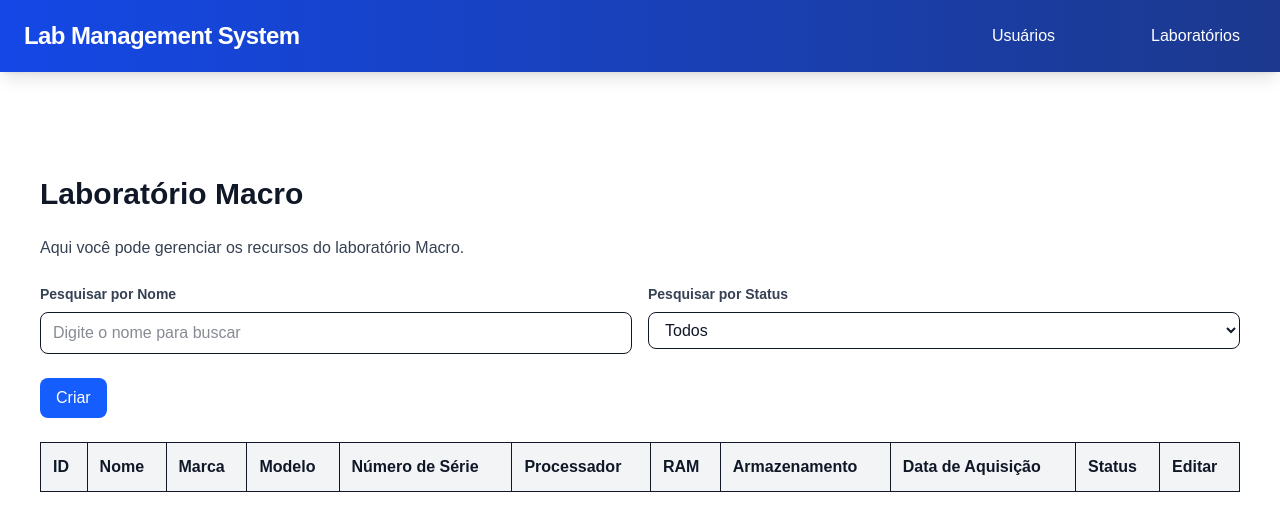
Repository: fabianosevla/gestao-labs
Page: /labs/hardware/macro (app in lab-management-system/)
An editor plug-in stored every save of this project. The page is shown before and after the next save, followed by the edit.
The browser window is 1280 px wide. The pictures show the whole page.
The project was rebuilt for these pictures with package versions that can differ from the ones it lists, and the page was loaded fresh each time. The framework's server and built-in components were replaced by stand-ins that run in the browser. Also part of the build but not shown: lab-management-system/next.config.mjs.

Above is the page before, as saved 2025-05-05 23:53:08.

### lab-management-system/app/layout.js
import Navbar from "../components/Navbar";
import "../app/globals.css";

export default function RootLayout({ children }) {
  return (
    <html lang="en">
      <body className="bg-white font-sans">
        <Navbar />
        <div className="max-w-7xl mx-auto pt-16 px-4">{children}</div>
      </body>
    </html>
  );
}

### lab-management-system/app/labs/hardware/macro/page.js
"use client";

import { useState } from "react";
import { useRouter } from "next/navigation";
import { useMacroHardwares } from "../../../lib/storage";

export default function Macro() {
    const router = useRouter();
    const [macroHardwares] = useMacroHardwares();
    const [searchName, setSearchName] = useState("");
    const [searchStatus, setSearchStatus] = useState("");

    const handleCreate = () => {
        router.push("/labs/hardware/macro/create");
    };

    const handleEdit = (id) => {
        router.push(`/labs/hardware/macro/edit/${id}`);
    };

    const filteredHardwares = macroHardwares.filter((hardware) => {
        const matchesName = hardware.name
            .toLowerCase()
            .includes(searchName.toLowerCase());
        const matchesStatus = searchStatus
            ? hardware.status.toLowerCase() === searchStatus.toLowerCase()
            : true;
        return matchesName && matchesStatus;
    });

    return (
        <div className="p-6 pt-28">
            <h1 className="text-3xl font-bold mb-6 text-gray-900">Laboratório Macro</h1>
            <p className="text-gray-700 mb-6">Aqui você pode gerenciar os recursos do laboratório Macro.</p>

            <div className="mb-6 flex gap-4">
                <div className="flex-1">
                    <label className="block text-gray-700 text-sm font-bold mb-2" htmlFor="searchName">
                        Pesquisar por Nome
                    </label>
                    <input
                        type="text"
                        id="searchName"
                        value={searchName}
                        onChange={(e) => setSearchName(e.target.value)}
                        className="w-full px-3 py-2 border rounded-lg focus:outline-none focus:ring-2 focus:ring-blue-500 text-gray-900"
                        placeholder="Digite o nome para buscar"
                    />
                </div>
                <div className="flex-1">
                    <label className="block text-gray-700 text-sm font-bold mb-2" htmlFor="searchStatus">
                        Pesquisar por Status
                    </label>
                    <select
                        id="searchStatus"
                        value={searchStatus}
                        onChange={(e) => setSearchStatus(e.target.value)}
                        className="w-full px-3 py-2 border rounded-lg focus:outline-none focus:ring-2 focus:ring-blue-500 text-gray-900"
                    >
                        <option value="">Todos</option>
                        <option value="ativo">Ativo</option>
                        <option value="inativo">Inativo</option>
                    </select>
                </div>
            </div>

            <button
                onClick={handleCreate}
                className="px-4 py-2 bg-blue-600 text-white rounded-lg hover:bg-blue-700 transition duration-300 text-left mb-6"
            >
                Criar
            </button>
            <div className="overflow-x-auto">
                <table className="w-full border-collapse bg-white shadow-md rounded-lg">
                    <thead>
                        <tr className="bg-gray-100">
                            <th className="border p-3 text-gray-900 font-semibold text-left">ID</th>
                            <th className="border p-3 text-gray-900 font-semibold text-left">Nome</th>
                            <th className="border p-3 text-gray-900 font-semibold text-left">Marca</th>
                            <th className="border p-3 text-gray-900 font-semibold text-left">Modelo</th>
                            <th className="border p-3 text-gray-900 font-semibold text-left">Número de Série</th>
                            <th className="border p-3 text-gray-900 font-semibold text-left">Processador</th>
                            <th className="border p-3 text-gray-900 font-semibold text-left">RAM</th>
                            <th className="border p-3 text-gray-900 font-semibold text-left">Armazenamento</th>
                            <th className="border p-3 text-gray-900 font-semibold text-left">Data de Aquisição</th>
                            <th className="border p-3 text-gray-900 font-semibold text-left">Status</th>
                            <th className="border p-3 text-gray-900 font-semibold text-left">Editar</th>
                        </tr>
                    </thead>
                    <tbody>
                        {filteredHardwares.map((hardware) => (
                            <tr key={hardware.id} className="hover:bg-gray-50">
                                <td className="border p-3 text-gray-700">{hardware.id}</td>
                                <td className="border p-3 text-gray-700">{hardware.name}</td>
                                <td className="border p-3 text-gray-700">{hardware.brand}</td>
                                <td className="border p-3 text-gray-700">{hardware.model}</td>
                                <td className="border p-3 text-gray-700">{hardware.serialNumber}</td>
                                <td className="border p-3 text-gray-700">{hardware.processor}</td>
                                <td className="border p-3 text-gray-700">{hardware.ram}</td>
                                <td className="border p-3 text-gray-700">{hardware.storage}</td>
                                <td className="border p-3 text-gray-700">{hardware.acquisitionDate}</td>
                                <td className="border p-3 text-gray-700">{hardware.status}</td>
                                <td className="border p-3 text-gray-700">
                                    <button
                                        onClick={() => handleEdit(hardware.id)}
                                        className="text-blue-600 hover:text-blue-800"
                                        title="Editar"
                                    >
                                        ✏️
                                    </button>
                                </td>
                            </tr>
                        ))}
                    </tbody>
                </table>
            </div>
        </div>
    );
}

### lab-management-system/components/Navbar.js
"use client";

import Link from "next/link";
import { usePathname } from "next/navigation";
import { useEffect, useState } from "react";

export default function Navbar() {
    const pathname = usePathname();
    const [isLoginPage, setIsLoginPage] = useState(true);

    useEffect(() => {
        setIsLoginPage(pathname === "/login");
    }, [pathname]);

    if (isLoginPage) return null;

    return (
        <nav className="bg-gradient-to-r from-blue-700 to-blue-900 text-white shadow-lg fixed top-0 left-0 w-full z-50">
            <div className="max-w-7xl mx-auto px-6 py-4 flex justify-between items-center">
                <h1 className="text-2xl font-bold tracking-tight">Lab Management System</h1>
                <div className="flex space-x-16">
                    {/* Usuários */}
                    <div className="relative group">
                        <button className="px-4 py-2 rounded-xl hover:bg-blue-800 transition duration-300 ease-in-out font-medium">
                            Usuários
                        </button>
                        <div className="absolute right-0 mt-2 w-40 bg-white text-gray-800 rounded-xl shadow-2xl opacity-0 group-hover:opacity-100 group-hover:translate-y-0 transform -translate-y-3 transition-all duration-300 ease-in-out z-10">
                            <Link href="/users/visitors" className="block px-4 py-2 hover:bg-blue-100 rounded-t-xl transition duration-200">Visitantes</Link>
                            <Link href="/users/admins" className="block px-4 py-2 hover:bg-blue-100 rounded-b-xl transition duration-200">Admin</Link>
                        </div>
                    </div>

                    {/* Laboratórios */}
                    <div className="relative group">
                        <button className="px-4 py-2 rounded-xl hover:bg-blue-800 transition duration-300 ease-in-out font-medium">
                            Laboratórios
                        </button>
                        <div className="absolute right-0 mt-2 w-40 bg-white text-gray-800 rounded-xl shadow-2xl opacity-0 group-hover:opacity-100 group-hover:translate-y-0 transform -translate-y-3 transition-all duration-300 ease-in-out z-20">
                            <div className="relative group/sub">
                                <button className="block px-4 py-2 hover:bg-blue-100 w-full text-left transition duration-200">
                                    Hardware
                                </button>
                                <div className="absolute right-40 top-0 w-40 bg-white text-gray-800 rounded-xl shadow-2xl opacity-0 group-hover/sub:opacity-100 group-hover/sub:translate-x-0 transform translate-x-3 transition-all duration-300 ease-in-out z-20">
                                    <Link href="/labs/hardware/micro" className="block px-4 py-2 hover:bg-blue-100 rounded-t-xl transition duration-200">Micro</Link>
                                    <Link href="/labs/hardware/macro" className="block px-4 py-2 hover:bg-blue-100 rounded-b-xl transition duration-200">Macro</Link>
                                </div>
                            </div>
                            <Link href="/labs/software" className="block px-4 py-2 hover:bg-blue-100 rounded-b-xl transition duration-200">Software</Link>
                        </div>
                    </div>
                </div>
            </div>
        </nav>
    );
}

### lab-management-system/app/globals.css
@import "tailwindcss";

:root {
  --background: #ffffff;
  --foreground: #efecec;
}

@theme inline {
  --color-background: var(--background);
  --color-foreground: var(--foreground);
  --font-sans: var(--font-geist-sans);
  --font-mono: var(--font-geist-mono);
}

@media (prefers-color-scheme: dark) {
  :root {
    --background: #f7f1f1;
    --foreground: #ededed;
  }
}

body {
  background: var(--background);
  color: var(--foreground);
  font-family: Arial, Helvetica, sans-serif;
}

### lab-management-system/app/lib/storage.js
"use client";

import { useState, useEffect } from "react";

export const useMicroHardwares = () => {
    const [microHardwares, setMicroHardwares] = useState(() => {
        if (typeof window !== "undefined") {
            const saved = localStorage.getItem("microHardwares");
            return saved ? JSON.parse(saved) : [];
        }
        return [];
    });

    useEffect(() => {
        if (typeof window !== "undefined") {
            localStorage.setItem("microHardwares", JSON.stringify(microHardwares));
        }
    }, [microHardwares]);

    return [microHardwares, setMicroHardwares];
};

export const useMacroHardwares = () => {
    const [macroHardwares, setMacroHardwares] = useState(() => {
        if (typeof window !== "undefined") {
            const saved = localStorage.getItem("macroHardwares");
            return saved ? JSON.parse(saved) : [];
        }
        return [];
    });

    useEffect(() => {
        if (typeof window !== "undefined") {
            localStorage.setItem("macroHardwares", JSON.stringify(macroHardwares));
        }
    }, [macroHardwares]);

    return [macroHardwares, setMacroHardwares];
};

After the next save:
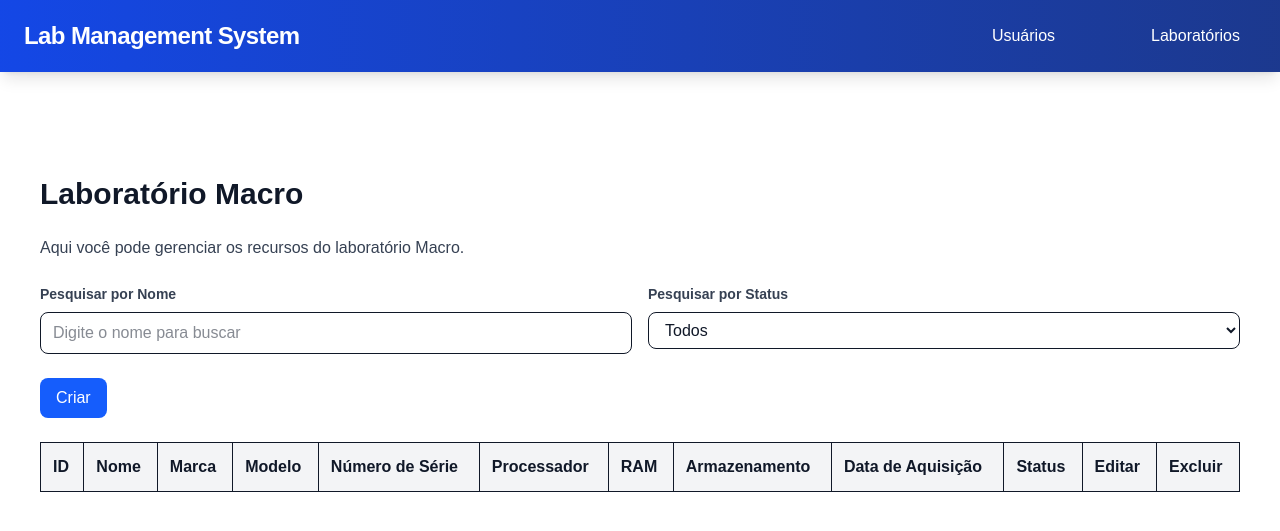
Saved 24 s later.
--- a/lab-management-system/app/labs/hardware/macro/page.js
+++ b/lab-management-system/app/labs/hardware/macro/page.js
@@ -6,7 +6,7 @@ import { useMacroHardwares } from "../../../lib/storage";
 
 export default function Macro() {
     const router = useRouter();
-    const [macroHardwares] = useMacroHardwares();
+    const [macroHardwares, setMacroHardwares] = useMacroHardwares();
     const [searchName, setSearchName] = useState("");
     const [searchStatus, setSearchStatus] = useState("");
 
@@ -16,6 +16,11 @@ export default function Macro() {
 
     const handleEdit = (id) => {
         router.push(`/labs/hardware/macro/edit/${id}`);
+    };
+
+    const handleDelete = (id) => {
+        const updatedHardwares = macroHardwares.filter((h) => h.id !== id);
+        setMacroHardwares(updatedHardwares);
     };
 
     const filteredHardwares = macroHardwares.filter((hardware) => {
@@ -85,6 +90,7 @@ export default function Macro() {
                             <th className="border p-3 text-gray-900 font-semibold text-left">Data de Aquisição</th>
                             <th className="border p-3 text-gray-900 font-semibold text-left">Status</th>
                             <th className="border p-3 text-gray-900 font-semibold text-left">Editar</th>
+                            <th className="border p-3 text-gray-900 font-semibold text-left">Excluir</th>
                         </tr>
                     </thead>
                     <tbody>
@@ -109,6 +115,15 @@ export default function Macro() {
                                         ✏️
                                     </button>
                                 </td>
+                                <td className="border p-3 text-gray-700">
+                                    <button
+                                        onClick={() => handleDelete(hardware.id)}
+                                        className="text-red-600 hover:text-red-800"
+                                        title="Excluir"
+                                    >
+                                        ❌
+                                    </button>
+                                </td>
                             </tr>
                         ))}
                     </tbody>
